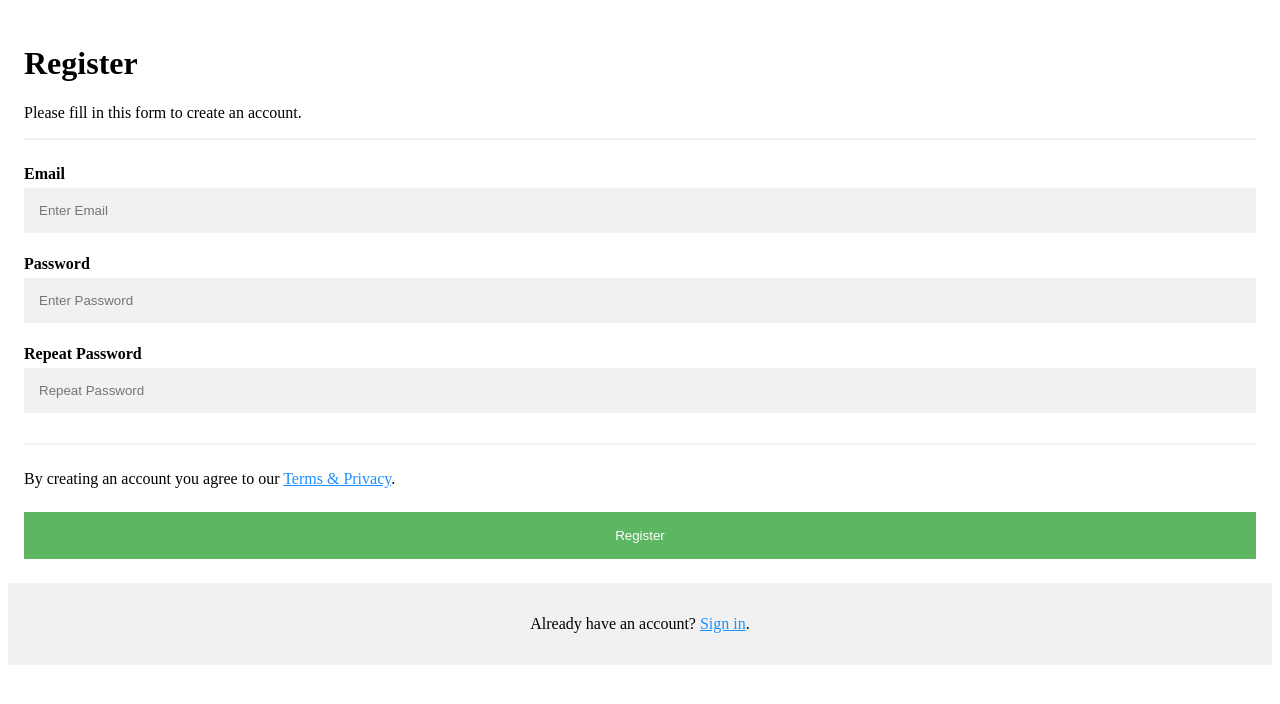
Repository: Yogi-Choudhary/Registration_From
Page: http://localhost/JavaWebApplication/
These files come from the project's save history. The page is drawn as it stood at one moment and after the next save; the edit follows.
The browser window is 1280 px wide. The pictures show the whole page.
The page is served by Tomcat 9. Other server files are loaded and not shown.

Above is the page before, as saved 2019-09-25 10:48:57.

### JavaWebApplication/src/main/webapp/index.jsp
<html>
  <head>
    <title>Java Web Application</title>
  </head>
  <style>
    * {box-sizing: border-box}

    /* Add padding to containers */
   .container {
   padding: 16px;
   }

   /* Full-width input fields */
   input[type=text], input[type=password] {
    width: 100%;
    padding: 15px;
    margin: 5px 0 22px 0;
    display: inline-block;
    border: none;
    background: #f1f1f1;
   }

   input[type=text]:focus, input[type=password]:focus {
    background-color: #ddd;
    outline: none;
  }

  /* Overwrite default styles of hr */
  hr {
    border: 1px solid #f1f1f1;
    margin-bottom: 25px;
  }

  /* Set a style for the submit/register button */
  .registerbtn {
    background-color: #4CAF50;
    color: white;
    padding: 16px 20px;
    margin: 8px 0;
    border: none;
    cursor: pointer;
    width: 100%;
    opacity: 0.9;
  }

  .registerbtn:hover {
    opacity:1;
  }

  /* Add a blue text color to links */
  a {
    color: dodgerblue;
  }

  /* Set a grey background color and center the text of the "sign in" section */
  .signin {
    background-color: #f1f1f1;
    text-align: center;
  }
</style>
<body>


  <form action="action_page.php">
  <div class="container">
    <h1>Register</h1>
    <p>Please fill in this form to create an account.</p>
    <hr>

    <label for="email"><b>Email</b></label>
    <input type="text" placeholder="Enter Email" name="email" required>

    <label for="psw"><b>Password</b></label>
    <input type="password" placeholder="Enter Password" name="psw" required>

    <label for="psw-repeat"><b>Repeat Password</b></label>
    <input type="password" placeholder="Repeat Password" name="psw-repeat" required>
    <hr>

    <p>By creating an account you agree to our <a href="#">Terms & Privacy</a>.</p>
    <button type="submit" class="registerbtn">Register</button>
  </div>

  <div class="container signin">
    <p>Already have an account? <a href="#">Sign in</a>.</p>
  </div>
 </form>

</body>
</html>

After the next save:
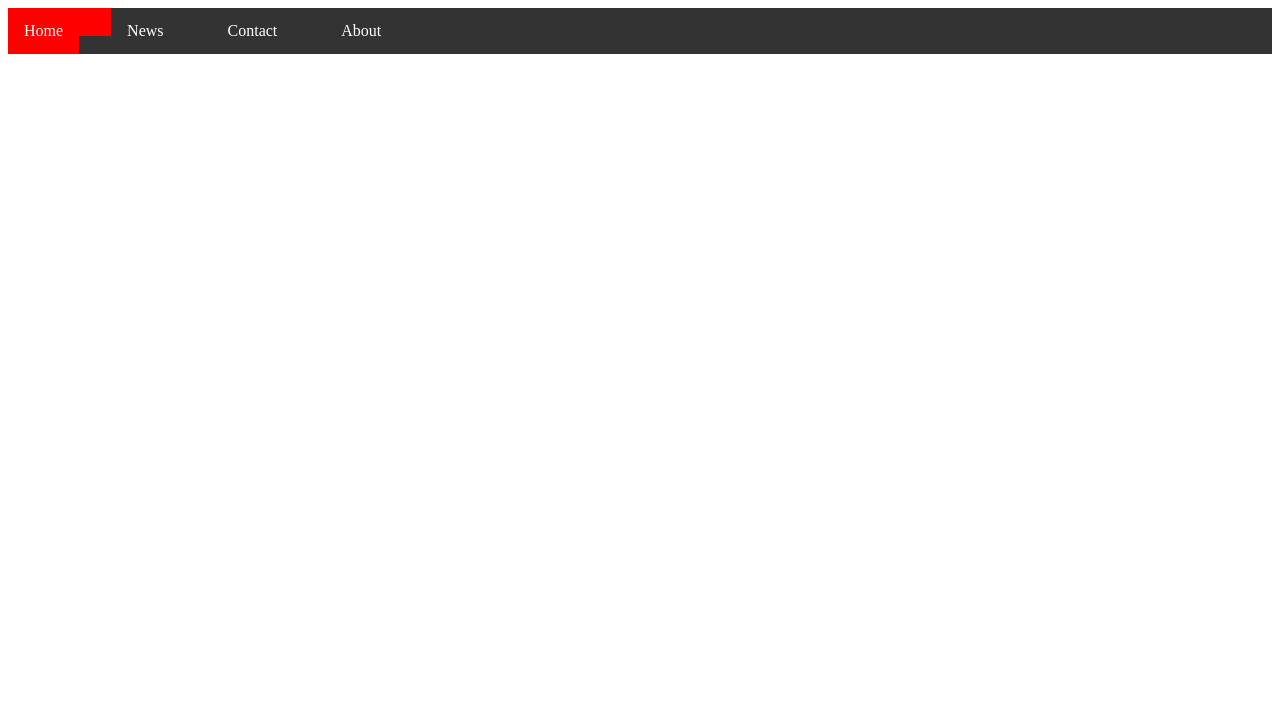
Saved 10 min 16 s later.
--- a/JavaWebApplication/src/main/webapp/index.jsp
+++ b/JavaWebApplication/src/main/webapp/index.jsp
@@ -3,88 +3,44 @@
     <title>Java Web Application</title>
   </head>
   <style>
-    * {box-sizing: border-box}
+    ul{
+      list-style-type: none;
+      margin:0;
+      padding:0;
+      overflow:hidden;
+      background-color:#333;
+    }
 
-    /* Add padding to containers */
-   .container {
-   padding: 16px;
-   }
+    li{
+      float: left;
+    }
 
-   /* Full-width input fields */
-   input[type=text], input[type=password] {
-    width: 100%;
-    padding: 15px;
-    margin: 5px 0 22px 0;
-    display: inline-block;
-    border: none;
-    background: #f1f1f1;
-   }
+    li a{
+      display: inline-block;
+      color:white;
+      text-align: center;
+      padding: 14px 16px;
+      text-decoration: none;
 
-   input[type=text]:focus, input[type=password]:focus {
-    background-color: #ddd;
-    outline: none;
-  }
+    }
 
-  /* Overwrite default styles of hr */
-  hr {
-    border: 1px solid #f1f1f1;
-    margin-bottom: 25px;
-  }
+    li a:hover{
+      background-color: #111;
+    }
 
-  /* Set a style for the submit/register button */
-  .registerbtn {
-    background-color: #4CAF50;
-    color: white;
-    padding: 16px 20px;
-    margin: 8px 0;
-    border: none;
-    cursor: pointer;
-    width: 100%;
-    opacity: 0.9;
-  }
+    .active{
+      background-color: red;
+    }
+  </style>
 
-  .registerbtn:hover {
-    opacity:1;
-  }
+  <body>
 
-  /* Add a blue text color to links */
-  a {
-    color: dodgerblue;
-  }
+    <ul>
+      <li><a href="#home" class="active">Home</li>
+      <li><a href="#new">News</li>
+      <li><a href="#contact">Contact</li>
+      <li><a href="#about">About</li>
+    </ul>
 
-  /* Set a grey background color and center the text of the "sign in" section */
-  .signin {
-    background-color: #f1f1f1;
-    text-align: center;
-  }
-</style>
-<body>
-
-
-  <form action="action_page.php">
-  <div class="container">
-    <h1>Register</h1>
-    <p>Please fill in this form to create an account.</p>
-    <hr>
-
-    <label for="email"><b>Email</b></label>
-    <input type="text" placeholder="Enter Email" name="email" required>
-
-    <label for="psw"><b>Password</b></label>
-    <input type="password" placeholder="Enter Password" name="psw" required>
-
-    <label for="psw-repeat"><b>Repeat Password</b></label>
-    <input type="password" placeholder="Repeat Password" name="psw-repeat" required>
-    <hr>
-
-    <p>By creating an account you agree to our <a href="#">Terms & Privacy</a>.</p>
-    <button type="submit" class="registerbtn">Register</button>
-  </div>
-
-  <div class="container signin">
-    <p>Already have an account? <a href="#">Sign in</a>.</p>
-  </div>
- </form>
-
-</body>
+  </body>
 </html>
